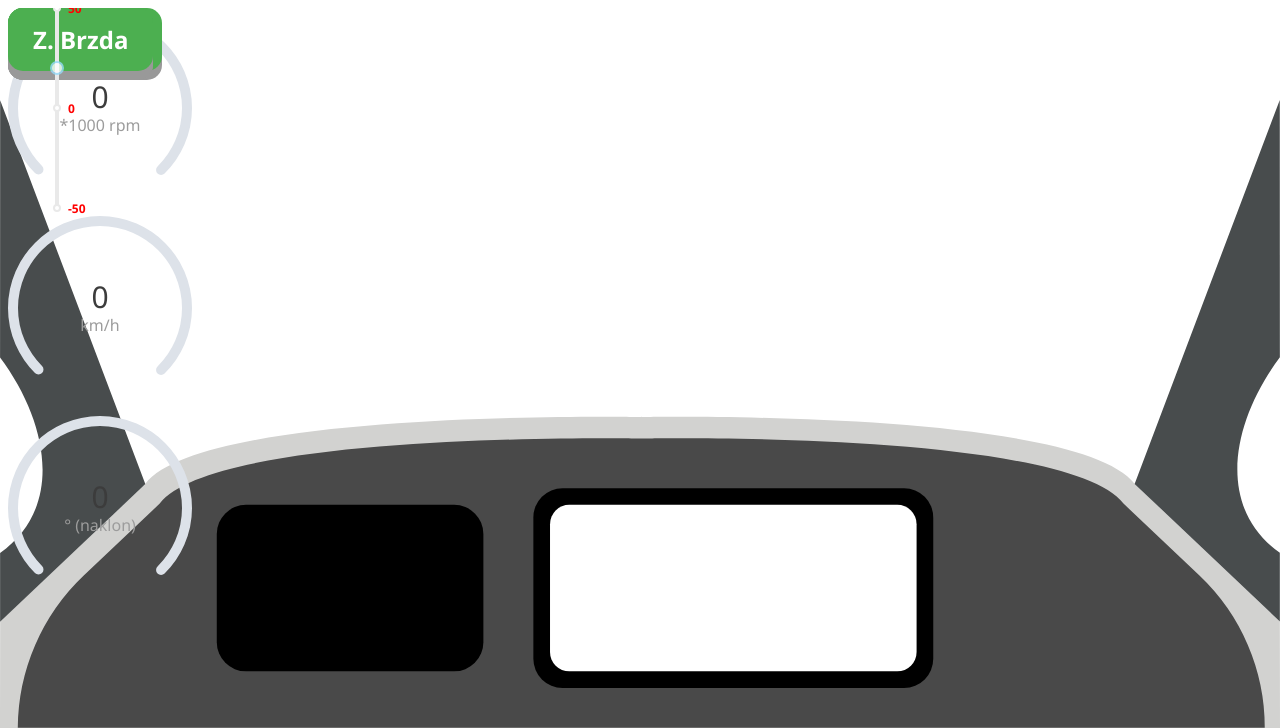
Repository: matyasvelc/train
Page: / (app in frontend/)
An editor plug-in stored every save of this project. The page is shown before and after a run of saves, followed by the edit.
The browser window is 1280 px wide. The pictures show the whole page.
The page's requests for data from a server got no answer. The project was rebuilt for these pictures with package versions that can differ from the ones it lists, and the page was loaded fresh each time. No one was signed in, and anything a server would have sent is missing.

Above is the page before, as saved 2022-04-04 16:36:39.

### frontend/src/index.js
import React, { useEffect } from 'react'
import ReactDOM from 'react-dom'
import Progress from './lib/progress'
import './styles.css'
import Slider, { Range } from 'rc-slider';
import 'rc-slider/assets/index.css';

async function postData(url = '', data = {}) {
  // Default options are marked with *
  const response = await fetch(url, {
    method: 'POST', // *GET, POST, PUT, DELETE, etc.
    cache: 'no-cache', // *default, no-cache, reload, force-cache, only-if-cached
    headers: {
      'Content-Type': 'application/json'
    },
    redirect: 'follow', // manual, *follow, error
    referrerPolicy: 'no-referrer', // no-referrer, *no-referrer-when-downgrade, origin, origin-when-cross-origin, same-origin, strict-origin, strict-origin-when-cross-origin, unsafe-url
    body: JSON.stringify(data) // body data type must match "Content-Type" header
  });
  return response.json(); // parses JSON response into native JavaScript objects
}

const style = { float: 'left', width: 160, height: 200, marginBottom: 160, marginLeft: 50 };
const parentStyle = { overflow: 'hidden' };

const marks = {
  '-50': {
    style: {
      color: 'red',
    },
    label: <strong>-50</strong>,
  },
  0: {
    style: {
      color: 'red',
    },
    label: <strong>0</strong>,
  },
  50: {
    style: {
      color: 'red',
    },
    label: <strong>50</strong>,
  },
};

function App() {
  const [temp, setTemp] = React.useState()
  const [rpm, setRpm] = React.useState()
  const [speed, setSpeed] = React.useState()
  const [svetlo, setSvetlo] = React.useState()
  const [rychlost, setRychlost] = React.useState()

  useEffect(() => {
    const timer = setInterval(() => {
      fetch('http://127.0.0.1:5000/getSpeed')
        .then(res => {
          return res.json();
        })
        .then(data => {
          setSpeed(data.speed);
        });
    }, 1000);

    return () => clearInterval(timer);
  }, []);

  useEffect(() => {
    const timer = setInterval(() => {
      fetch('http://127.0.0.1:5000/getAngle')
        .then(res => {
          return res.json();
        })
        .then(data => {
          setTemp(data.angle);
        });
    }, 1000);

    return () => clearInterval(timer);
  }, []);

  useEffect(() => {
    const timer = setInterval(() => {
      fetch('http://127.0.0.1:5000/getRpm')
        .then(res => {
          return res.json();
        })
        .then(data => {
          setRpm(data.engine_speed);
        });
      }, 1000);

      return () => clearInterval(timer);
  }, []);

  function Svetlo() {
    console.log(svetlo);
    setSvetlo(!svetlo);
    postData('http://127.0.0.1:5000/setLightStatus', {"lights": !svetlo})
  }

  function Rychlost(value) {
    console.log(value);
    setRychlost(value);
    postData('http://127.0.0.1:5000/setSpeed', {"speed": value})
  }

  return (
    <div className="demo">
      <div className='vlak'>
      <Progress
        progress={rpm}
        max={4}
        subtitle="*1000 rpm"
        reduction={0.25}
        hideBall
        strokeWidth={10}
        gradient={[{stop: 0.0, color: '#f6416d'}, {stop: 1, color: '#fa6d7c'}]} />
      <Progress
        progress={speed}
        max={100}
        subtitle="km/h"
        reduction={0.25}
        hideBall
        strokeWidth={10} />
      <Progress
        progress={temp}
        min={-45}
        max={45}
        subtitle="° (naklon)"
        strokeWidth={10}
        reduction={0.25}
        hideBall
        gradient={[{stop: 0.0, color: '#f6416d'}, {stop: 1, color: '#fa6d7c'}]} />
        </div>
        <input id='svetla' class="svetla" onClick={Svetlo} checked={svetlo} type='checkbox'></input>
        <label class="button" htmlFor='svetla'>Světla</label>
        <button class="button" >Katapult</button>
        <button class="button" >Klakson</button>
        <button class="button" >Z. Brzda</button>
        <div style={parentStyle}>
          <div style={style}>
            <Slider vertical min={-50} max={50} step={2} marks={marks} included={false} onAfterChange={Rychlost} defaultValue={20}/>
          </div>
        </div>
        </div>
  )
}

ReactDOM.render(<App />, document.getElementById('root'))

### frontend/src/styles.css
body {
  background: none;
  font-family: 'Segoe UI', Tahoma, Geneva, Verdana, sans-serif;
  caret-color: transparent;
  user-select: none;
  overflow: hidden;
  padding: 0;
  left: 0;
  width: 100%;
  height: 100%;
}

.demo > div {
  width: 100%;
  height: 100%;
  position: absolute;
  left: 0;
  display: inline-block;
}
.vlak {
  background-image:url(./train.svg);
  background-repeat: no-repeat;
  background-size: 100%;
  width: 100%;
  height: 100%;
  overflow: hidden;
  background-position: bottom;
  position: absolute;
}
.budik1{
  position: absolute;

}
.budik2{
  position: absolute;
}
.budik3{
  position: absolute;
}
.button {
  font-family: 'Segoe UI', Tahoma, Geneva, Verdana, sans-serif;
  display: inline-block;
  padding: 15px 25px;
  font-size: 24px;
  cursor: pointer;
  text-align: center;
  text-decoration: none;
  outline: none;
  color: #fff;
  background-color: #4CAF50;
  border: none;
  border-radius: 15px;
  box-shadow: 0 9px #999;
  caret-color: transparent;
  user-select: none;
  font-weight:600;
  position: absolute;
}
.button:active {
  background-color: #3e8e41;
  box-shadow: 0 5px #666;
  transform: translateY(4px);
}
.svetla{
  display: none;
  caret-color: transparent;
  user-select: none;
  position: absolute;
}
.svetla:checked + .button{
  background-color: #3e8e41;
  box-shadow: 0 5px #666;
  transform: translateY(4px);
}
.rychlost{
  user-select:all;
  position: absolute;
}

### frontend/src/lib/progress.module.css
.progress {
  font-family: 'Segoe UI', Tahoma, Geneva, Verdana, sans-serif;
  width: 200px;
}

.svg {
  display: block;
  width: 100%;
}

Loaded but not shown: frontend/public/index.html (common file); frontend/src/lib/progress.js (library)

After the next 2 saves:
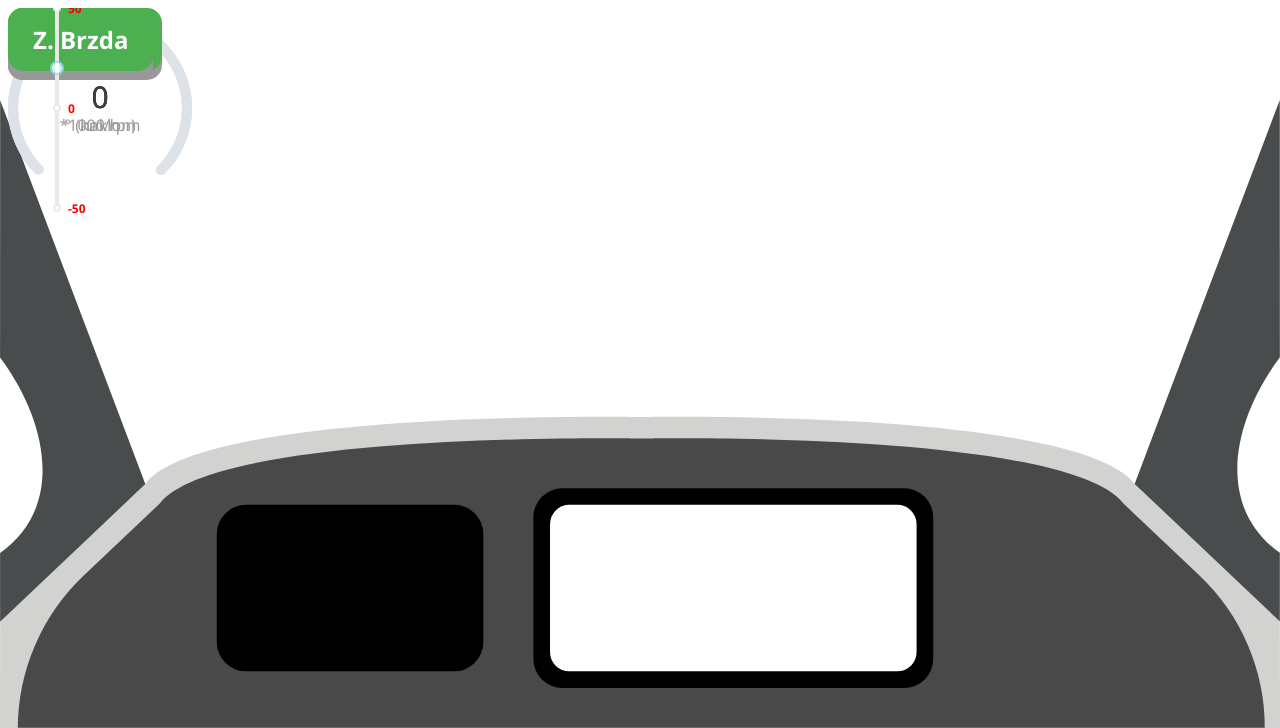
The 2 saves are shown as one change because 1 did not build or start.
The last was saved 44 s later.
--- a/frontend/src/index.js
+++ b/frontend/src/index.js
@@ -108,6 +108,7 @@ function App() {
   return (
     <div className="demo">
       <div className='vlak'>
+      <div className='budik1'>
       <Progress
         progress={rpm}
         max={4}
@@ -116,6 +117,8 @@ function App() {
         hideBall
         strokeWidth={10}
         gradient={[{stop: 0.0, color: '#f6416d'}, {stop: 1, color: '#fa6d7c'}]} />
+      </div>
+      <div className='budik2'>
       <Progress
         progress={speed}
         max={100}
@@ -123,6 +126,8 @@ function App() {
         reduction={0.25}
         hideBall
         strokeWidth={10} />
+      </div>
+      <div className='budik3'>
       <Progress
         progress={temp}
         min={-45}
@@ -132,6 +137,7 @@ function App() {
         reduction={0.25}
         hideBall
         gradient={[{stop: 0.0, color: '#f6416d'}, {stop: 1, color: '#fa6d7c'}]} />
+      </div>
         </div>
         <input id='svetla' class="svetla" onClick={Svetlo} checked={svetlo} type='checkbox'></input>
         <label class="button" htmlFor='svetla'>Světla</label>
